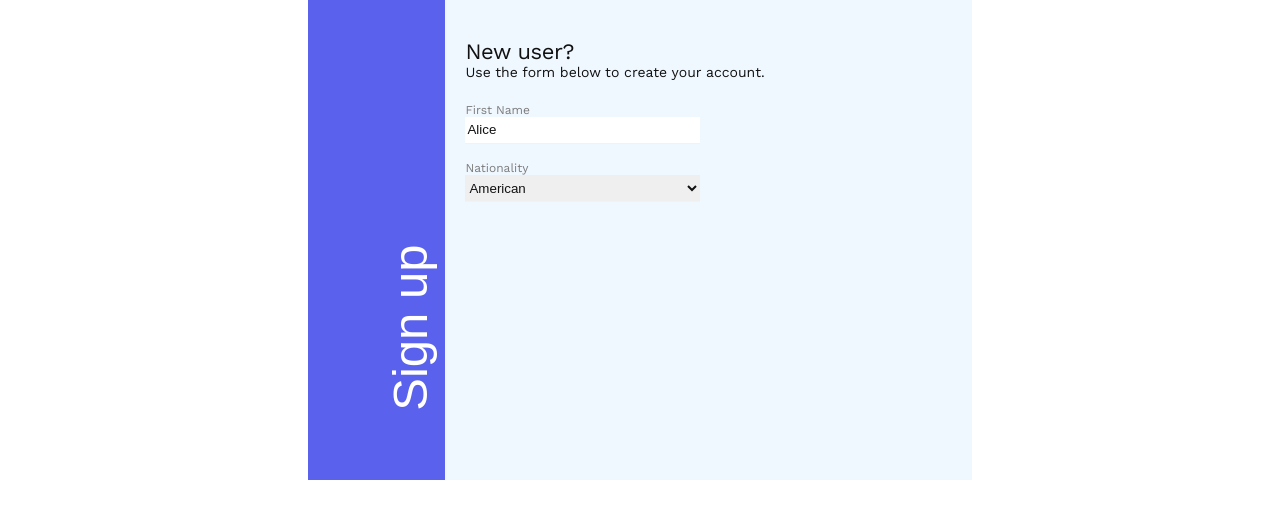
Repository: MorgunovaAlexandra/forma
Page: index.html
These files come from the project's save history. The page is drawn as it stood at one moment and after a run of saves; the edit follows.
The browser window is 1280 px wide. The pictures show the whole page.
Some web fonts or font styles are not loaded; a fallback is used.

Above is the page before, as saved 2022-07-18 12:41:00.

### index.html
<!DOCTYPE html>
<html lang="en">
<head>
    <meta charset="UTF-8">
    <meta http-equiv="X-UA-Compatible" content="IE=edge">
    <meta name="viewport" content="width=device-width, initial-scale=1.0">
    <link rel="stylesheet" href="./style.css"></link>
    <title>Document</title>
</head>
<body>
    <div class="wrapper">
       <Sidebar class="sidebar">
        <div class="sidebar__title">Sign up</div>
       </Sidebar>
        <div class="main">
            <div class="main__header">New user?</div>
            <div class="main__text">Use the form below to create your account.</div>
            <form>

                <label class="text-field__label" for="name">First Name</label>
                <input class="text-field__input" type="text" placeholder="Alice" id="name">
                <label class="text-field__label nation" for="nationality">Nationality</label>
                <select  class="text-field__input"name="user_profile_color_1" id="nationality">
                    <option value="1">American</option>
                    <option value="2">Belarus</option>
                    <option value="3">Russia</option>
                    <option value="4">German</option>
                  </select>
            </form>
        </div>
    </div>
</body>
</html>

### style.css
@import url('https://fonts.googleapis.com/css2?family=PT+Sans&display=swap');
@import url('https://fonts.googleapis.com/css2?family=Work+Sans:wght@200;300;400&display=swap');
*,
*::before,
*::after {
  box-sizing: border-box;
}

/* Убираем внутренние отступы */
ul[class],
ol[class] {
  padding: 0;
}

/* Убираем внешние отступы */
body,
h1,
h2,
h3,
h4,
p,
ul[class],
ol[class],
li,
figure,
figcaption,
blockquote,
dl,
dd {
  margin: 0;
}
body{
  font-family: 'Work Sans', sans-serif;
  font-size: 14px;
}
.wrapper{
  display: flex;
  justify-content: center;
}
.sidebar{
    width: 137.2px;
    height: 480px;
    background-color: #5A61ED;
    display: block;
    position: relative;
}
.sidebar__title{
  -webkit-transform: rotate(-90deg);
  -moz-transform: rotate(-90deg);
  -o-transform: rotate(-90deg);
  -ms-transform: rotate(-90deg);
  transform: rotate(-90deg);
  position: absolute;
  top:296.02px;
  left: 20.5px;
  font-size: 49px;
  font-weight: 400;
  line-height: 63.41px;
  color:
  #FFFFFF;
  font-family: 'PT Sans', sans-serif;
  white-space:nowrap;
  }
  .main{
    width: 527.8px;
    height:480px;
    background-color: aliceblue;
  }


  /*main*/
  .main{
    padding-top: 38.52px;
    padding-left: 20.8px;
  }
  .main__header{
    font-size: 22px;
    line-height: 25.78px;
    letter-spacing: -0.46px;
    color: #111111;
  }
  .main__text{
    line-height: 16.41px;
    color: #111111;
    margin-bottom: 20px;
  }
  .text-field__input{
    display: block;
    width: 234.5px;
    border-top: 0px;
    border-left: 0px;
    border-right: 0px;
    border-bottom: 0.7px solid #F2F2F2;
    height: 27.2px;
    padding-top: 4.9px;
    padding-bottom: 6.3px;
    color: #111111;
  }
input::placeholder {
  color: #111111 !important;
}
.text-field__label{
  color:#7C7C7C;
  font-size: 12px;
  line-height: 14.06px;
}
.nation{
  display: block;
  margin-top: 16.8px;
}

After the next 2 saves:
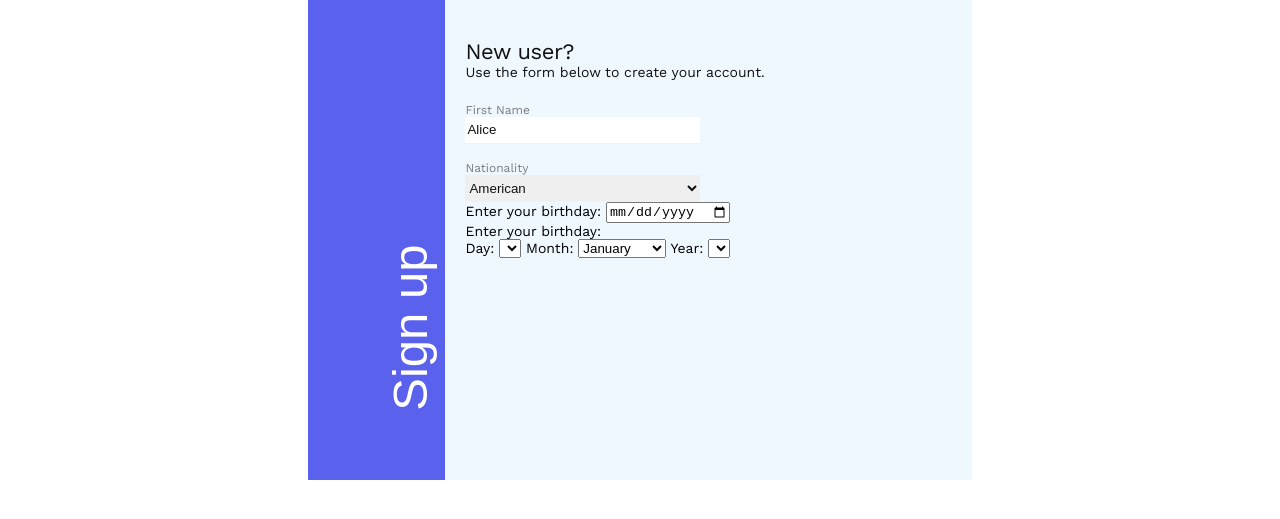
The 2 saves are shown as one change because they came seconds apart.
The last was saved 3 min 5 s later.
--- a/index.html
+++ b/index.html
@@ -26,6 +26,43 @@
                     <option value="3">Russia</option>
                     <option value="4">German</option>
                   </select>
+
+
+                  <div class="nativeDatePicker">
+                    <label for="bday">Enter your birthday:</label>
+                    <input type="date" id="bday" name="bday">
+                    <span class="validity"></span>
+                  </div>
+                  <p class="fallbackLabel">Enter your birthday:</p>
+                  <div class="fallbackDatePicker">
+                    <span>
+                      <label for="day">Day:</label>
+                      <select id="day" name="day">
+                      </select>
+                    </span>
+                    <span>
+                      <label for="month">Month:</label>
+                      <select id="month" name="month">
+                        <option selected>January</option>
+                        <option>February</option>
+                        <option>March</option>
+                        <option>April</option>
+                        <option>May</option>
+                        <option>June</option>
+                        <option>July</option>
+                        <option>August</option>
+                        <option>September</option>
+                        <option>October</option>
+                        <option>November</option>
+                        <option>December</option>
+                      </select>
+                    </span>
+                    <span>
+                      <label for="year">Year:</label>
+                      <select id="year" name="year">
+                      </select>
+                    </span>
+                  </div>
             </form>
         </div>
     </div>
